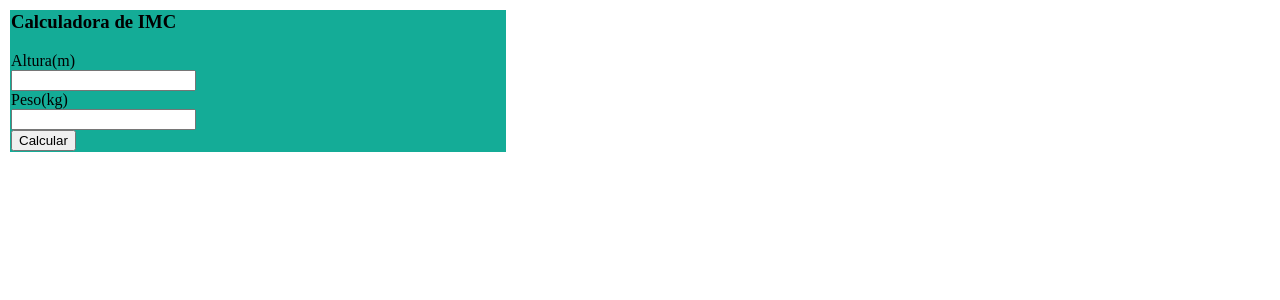
Repository: Patriciamativi/Projetos
Page: index.html
An editor plug-in stored every save of this project. The page is shown before and after the next save, followed by the edit.
The browser window is 1280 px wide. The pictures show the whole page.

Above is the page before, as saved 2022-11-21 14:43:53.

### index.html
<html>
    <head>
        <title>Calculadora de IMC</title>
        <meta charset="utf-8"/>

        <style type="text/css">

            p {
                border: 5px d green;
                border-radius: 5px;

            }
            td {

                background-color: rgb(20, 172, 151);
            }

        </style>
    </head>
   <p>
<table border="0" width="500">
    <body>
         <tr>
            <td><h3>Calculadora de IMC</h3>
            Altura(m)<br/>
            <input type: "number" > </br>
            Peso(kg)<br/>
            <input type: "number" > </br>
            <input type= "submit" value="Calcular"></td></tr>

    </table>
</p>
</body>
</html>

After the next save:
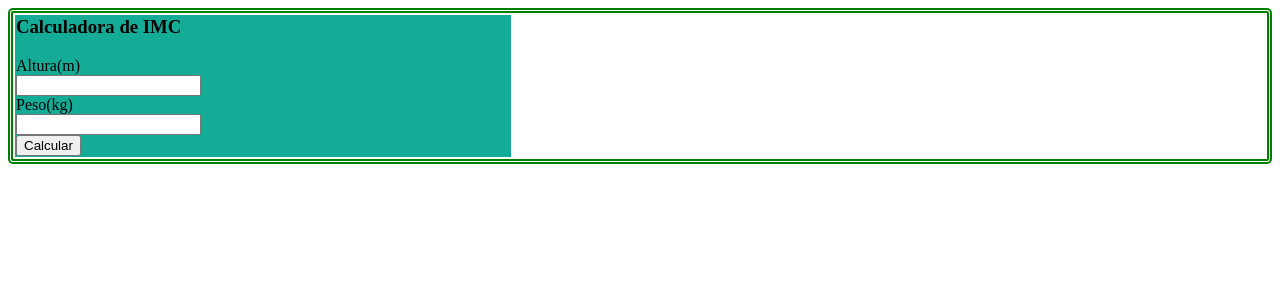
Saved 4 s later.
--- a/index.html
+++ b/index.html
@@ -6,7 +6,7 @@
         <style type="text/css">
 
             p {
-                border: 5px d green;
+                border: 5px double green;
                 border-radius: 5px;
 
             }

After the save that followed:
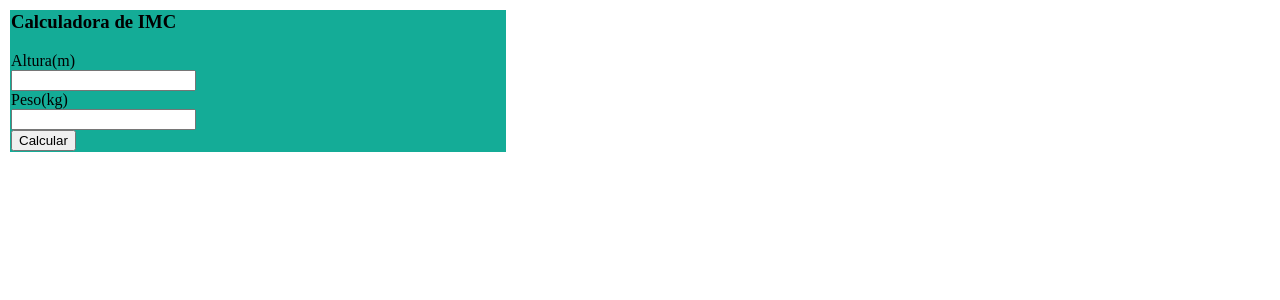
Saved 43 s later.
--- a/index.html
+++ b/index.html
@@ -6,7 +6,7 @@
         <style type="text/css">
 
             p {
-                border: 5px double green;
+                border: 5px g green;
                 border-radius: 5px;
 
             }
